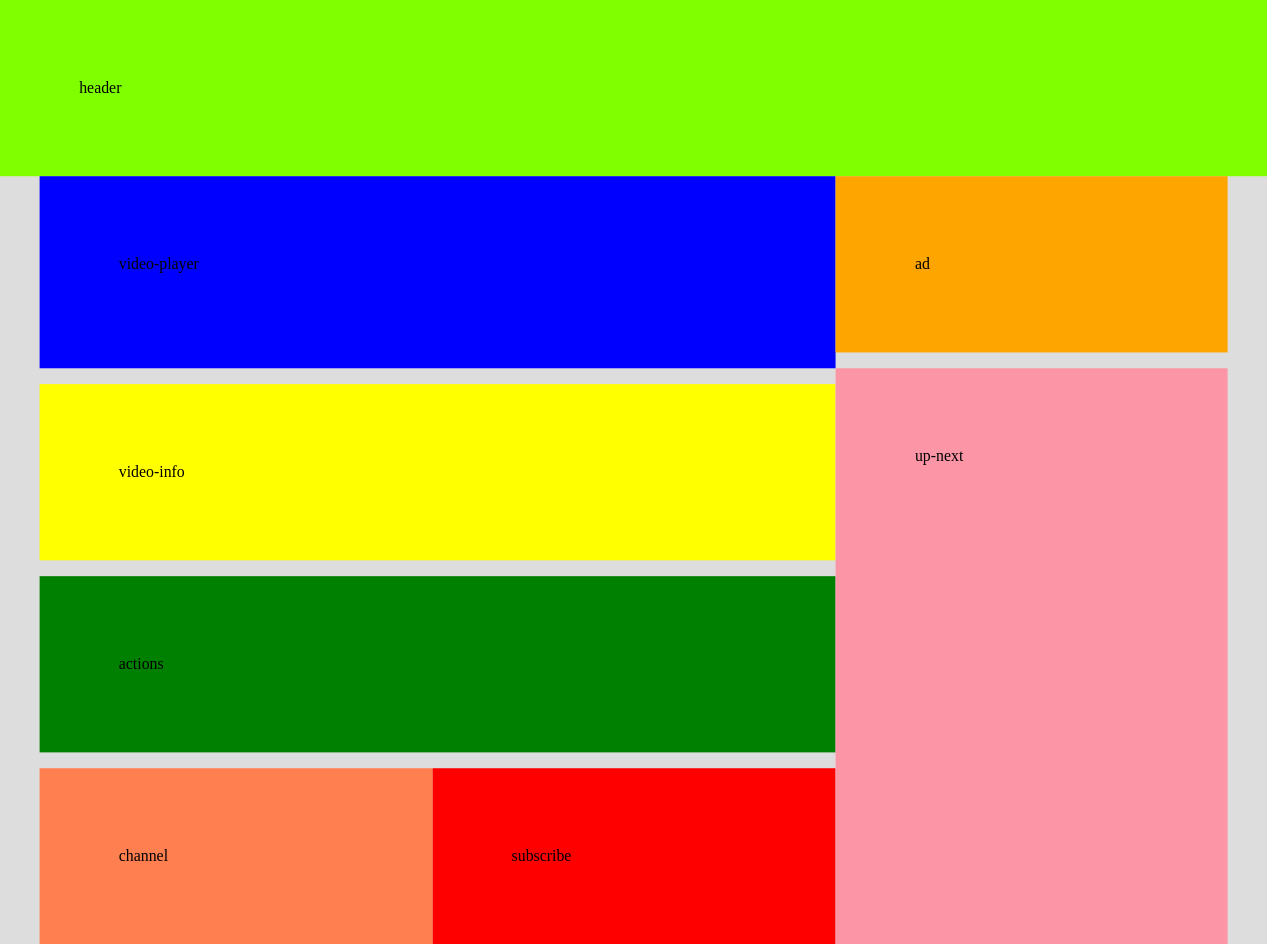
Repository: rafavirginio/clone-do-youtube
Page: index.html
These files come from the project's save history. The page is drawn as it stood at one moment and after the next save; the edit follows.
The browser window is 1280 px wide. The pictures show the whole page, at 99% of full size.

Above is the page before, as saved 2020-09-28 19:38:40.

### index.html
<!DOCTYPE html>
<html lang="pt">

<head>
    <meta charset="UTF-8">
    <meta name="viewport" content="width=device-width, initial-scale=1.0">
    <title>Youtube</title>
    <link rel="stylesheet" href="style.css">
</head>

<body>
    <header>header</header>
    <main>
        <section class="video-player">video-player</section>
        <section class="video-info">video-info</section>
        <section class="actions">actions</section>
        <section class="channel">channel</section>
        <section class="subscribe">subscribe</section>
        <section class="ad">ad</section>
        <section class="up-next">up-next</section>
    </main>


</body>

</html>

### style.css
/* Reset CSS */

* {
    margin: 0;
    padding: 0;
    box-sizing: border-box;
}

body {
    background-color: #ddd;
}

header {
    background-color: chartreuse;
}

header,
section {
    padding: 5rem;
}

main {
    margin: auto;
    display: grid;
    grid-row-gap: 1rem;
    grid-template-areas: "video-player video-player" "video-info video-info" "actions actions" "channel subscribe" "up-next up-next";
}

.video-player {
    background-color: blue;
    grid-area: video-player;
}

.video-info {
    background-color: yellow;
    grid-area: video-info;
}

.actions {
    background-color: green;
    grid-area: actions;
}

.channel {
    background-color: coral;
    grid-area: channel;
}

.subscribe {
    background-color: red;
    grid-area: subscribe;
}

.ad {
    background-color: orange;
    grid-area: ad;
}

.up-next {
    background-color: rgb(252, 150, 167);
    grid-area: up-next;
}

@media screen and(max-width: 700px) {
    .ad {
        display: none;
    }
}

@media screen and (min-width: 700px) {
    main {
        max-width: 1200px;
        grid-template-areas: "video-player video-player ad" "video-player video-player up-next" "video-info   video-info   up-next" "actions      actions      up-next" "channel      subscribe    up-next";
    }
}

After the next save:
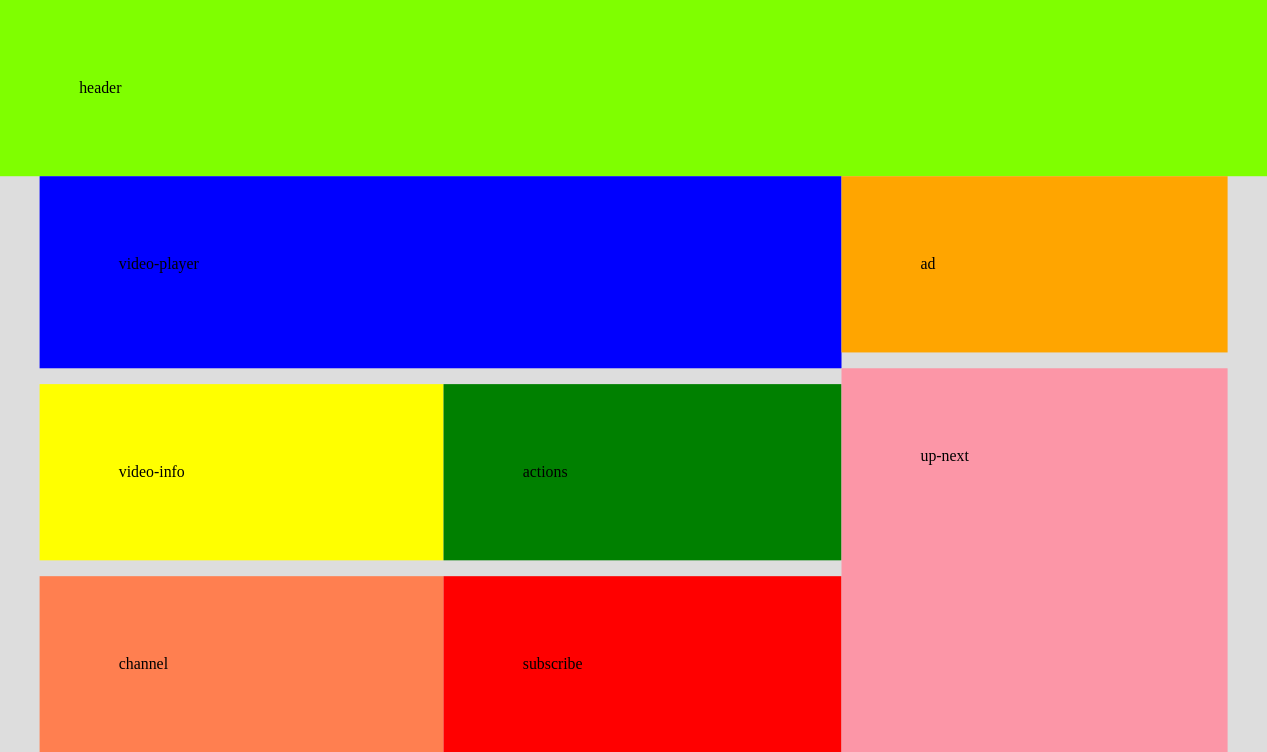
Saved 6 days later.
--- a/style.css
+++ b/style.css
@@ -70,6 +70,6 @@
 @media screen and (min-width: 700px) {
     main {
         max-width: 1200px;
-        grid-template-areas: "video-player video-player ad" "video-player video-player up-next" "video-info   video-info   up-next" "actions      actions      up-next" "channel      subscribe    up-next";
+        grid-template-areas: "video-player video-player ad" "video-player video-player up-next" "video-info   actions   up-next" "channel      subscribe    up-next";
     }
 }
